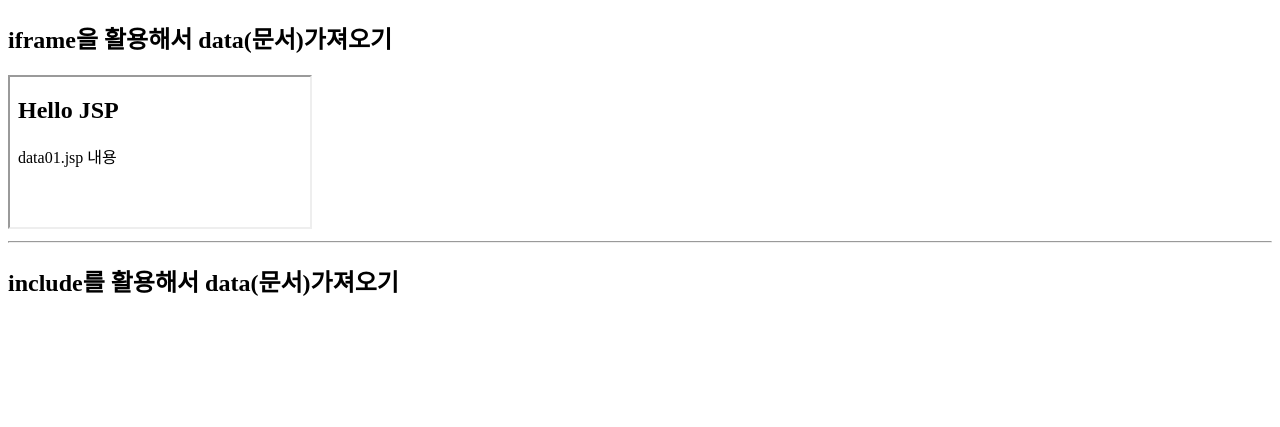
Repository: tjdwlsl/jspstudy
Page: http://localhost/JQuery_Ajax/02_ajax/ex03/ex01.jsp
These files come from the project's save history. The page is drawn as it stood at one moment and after the next save; the edit follows.
The browser window is 1280 px wide. The pictures show the whole page.
The page is served by Tomcat 9.

Above is the page before, as saved 2023-07-20 09:00:59.

After the next save:
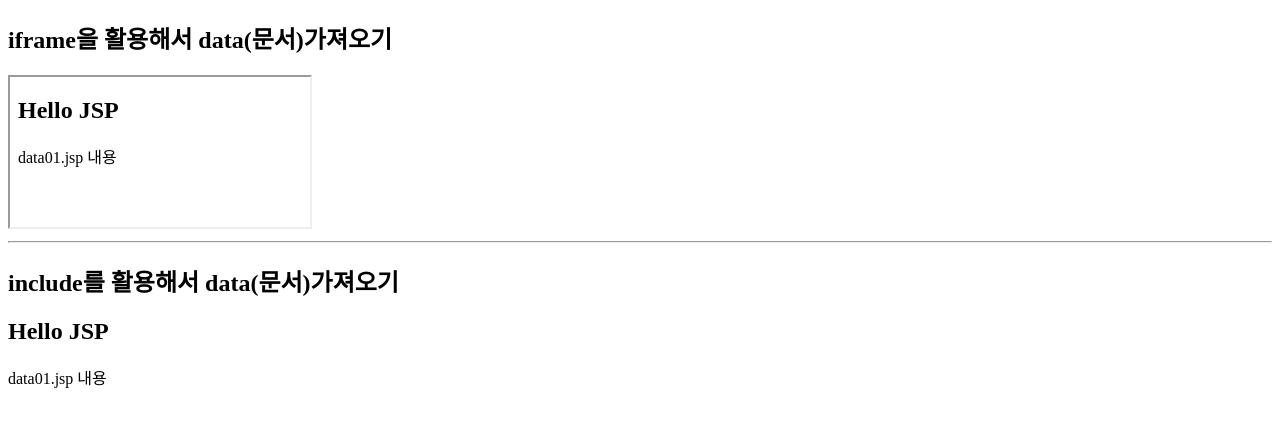
Saved 17 s later.
--- a/JQuery_Ajax/src/main/webapp/02_ajax/ex03/ex01.jsp
+++ b/JQuery_Ajax/src/main/webapp/02_ajax/ex03/ex01.jsp
@@ -28,6 +28,7 @@
 
 	<div>
 		<h2>include를 활용해서 data(문서)가져오기</h2>
+		<jsp:include page="data01.jsp" />
 	</div>
 
 </body>
